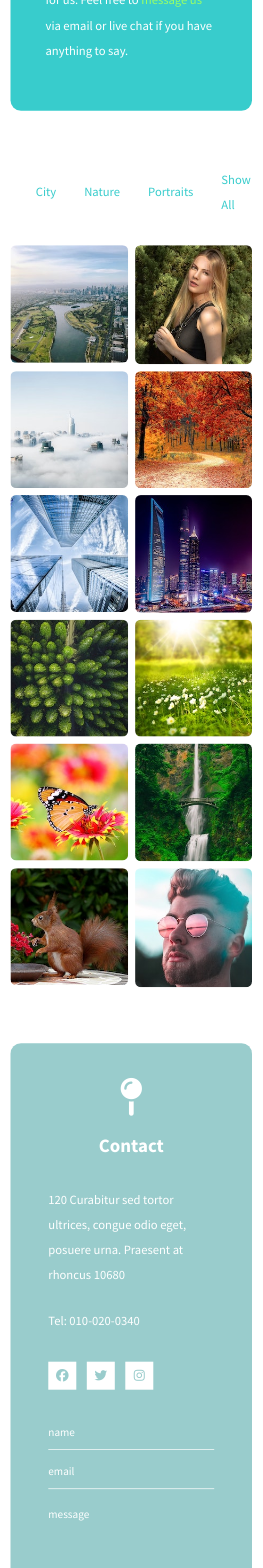
Repository: BuiVanVu102/Tooplate
Page: index.html
These files come from the project's save history. The page is drawn as it stood at one moment and after the next save; the edit follows.
The browser window is 375 px wide. The pictures show the part of the page from y = 1195 to 3435 px (the page is 3765 px tall before and 3729 px after), at 70% of full size.
Some web libraries are served in a nearby version. The style sheet was rebuilt from its Sass, Less or Tailwind sources for each picture, by a compiler version that may differ from the author's.

Above is the page before, as saved 2021-11-17 14:06:50.

After the next save:
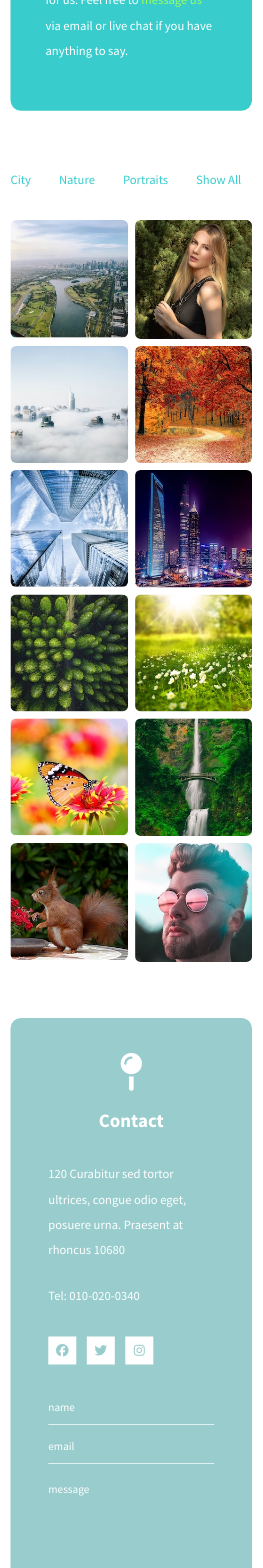
Saved 58 s later.
--- a/sass/_show.scss
+++ b/sass/_show.scss
@@ -66,11 +66,9 @@
 
 @media screen and (max-width: 375px) {
 	.show__header {
-		display: flex;
-		justify-content: flex-start;
-		align-items: center;
+		display: inline-block;
 	}
-	.menu_ {
+	.menu{
 
 		padding: 0;
 		margin: 0;

After the save that followed:
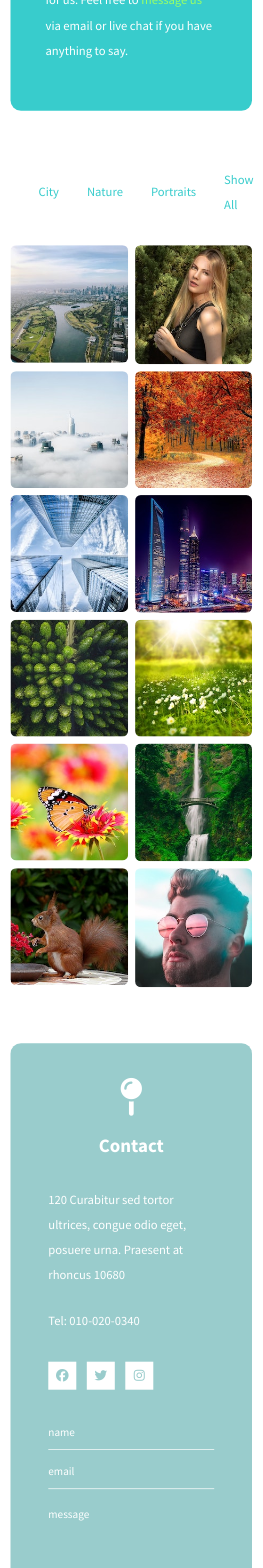
Saved 62 s later.
--- a/sass/_show.scss
+++ b/sass/_show.scss
@@ -71,7 +71,7 @@
 	.menu{
 
 		padding: 0;
-		margin: 0;
+		margin-left: 40px;
 	}
 	.show__list {
 		display: grid;
